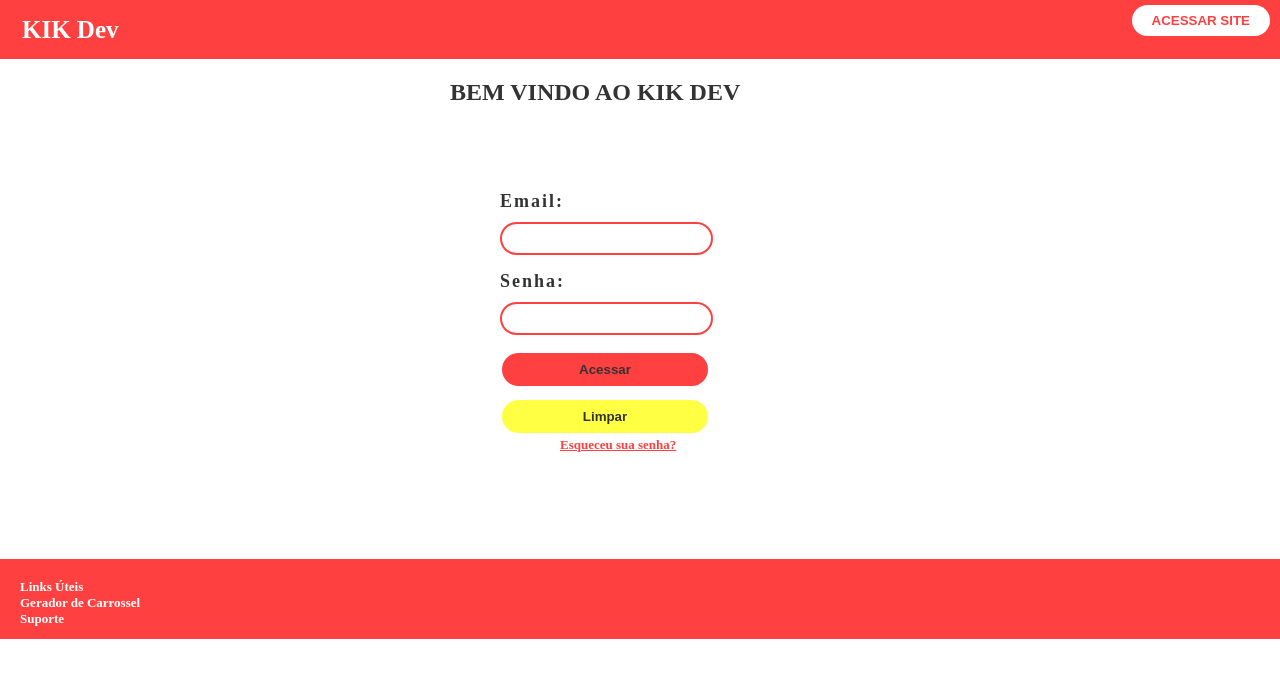
Repository: devgabrielvieira/kikdev
Page: index.html
These files come from the project's save history. The page is drawn as it stood at one moment and after the next save; the edit follows.
The browser window is 1280 px wide. The pictures show the whole page.

Above is the page before, as saved 2022-10-30 20:03:45.

### index.html
<!DOCTYPE html>
<html lang="pt-br">

<head>
    <meta charset="UTF-8">
    <meta http-equiv="X-UA-Compatible" content="IE=edge">
    <meta name="viewport" content="width=device-width, initial-scale=1.0">
    <link rel="shortcut icon" href="imagens/favicon.ico" type="image/x-icon">
    <link rel="stylesheet" href="style.css">
    <link rel="stylesheet" href="style-mobile.css">
    <script src="script_processo.js"></script>
    <title>KIK Dev</title>

</head>

<body id="pag_processos" onload="dimensaoTela()">

    <div class="header-index">
        <a href="#Default" class="logo">KIK Dev</a>

        <button type="submit" name="name" class="button-right"><strong>ACESSAR SITE</strong></a></button>

    </div>
    <div class="conteudo">
        <!--abrimos a div conteúdo-->

        <h2>BEM VINDO AO KIK DEV</h2>

        <div class="login">
            <label for="username">Email:</label>
            <input type="text" id="username" name="username">
            <label for="pass">Senha:</label>
            <input type="password" id="pass" name="password" minlength="8" required>
            <input class="btn-acessar" type="submit" value="Acessar">
            <input class="btn-limpar" type="reset" value="Limpar">
        </div>
        <a href="recuperar-senha.html" target="_self" rel="next" class="href">Esqueceu sua senha?</a>
    </div>
    <!--aqui fechamos a div conteudo-->

    <footer class="footer">
        <strong>
            <p>Links Úteis</p>
        </strong>
        <strong>
            <p>Gerador de Carrossel</p>
        </strong>
        <strong>
            <p>Suporte</p>
        </strong>
    </footer>

</body>

</html>

### style.css
@charset "UTF-8";

* {
  margin: 0;
  padding: 0;
}

html {
  margin: 0;
  padding: 0;
}

.header {
  overflow: hidden;
  background-color: #ff4040;
  padding: 20px 10px;
}

.header a {
  float: left;
  color: #fff;
  text-align: center;
  padding: 12px;
  text-decoration: none;
  font-size: 18px;
  line-height: 25px;
  border-radius: 4px;
}

.header a.logo {
  font-size: 25px;
  font-weight: bold;
}

.header a:hover {
  background-color: #ddd;
  color: #333333;
}

.header a.active {
  background-color: #d8d7d7;
  color: #fff;
}

.header-right {
  float: right;
}

.button-right {
  float: right;
  padding: 8px 20px;
  border: #d8d7d7;
  border-radius: 50px;
  color: #ff4040;
  background-color: #fff;
}

.header-index {
  overflow: hidden;
  background-color: #ff4040;
  padding: 5px 10px;
}

.header-index a {
  float: left;
  color: #fff;
  text-align: center;
  padding: 12px;
  text-decoration: none;
  font-size: 18px;
  line-height: 25px;
  border-radius: 4px;
}

.header-index a.logo {
  font-size: 25px;
  font-weight: bold;
}

.header-index a:hover {
  background-color: #ddd;
  color: #333333;
}

.header-index a.active {
  background-color: #d8d7d7;
  color: #fff;
}

.conteudo {
  width: 100%;
  height: 450px;
  overflow: hidden;
  background-color: #fff;
}

/* .conteudo img {
    width: 100%;
    background-color: #fff;
    margin: 2px 0 0 0;
    padding: 0;
    position: relative;
    height: 15.5rem;
} */

.footer {
  width: auto;
  background-color: #ff4040;
  padding: 20px 10px;
  position: relative;
  height: 2.5rem;
  bottom: -50px;
}

p {
  font-size: 13px;
  margin: 0 0 0 10px;
  float: none;
  overflow: hidden;
  color: #fff;
}

label {
  margin: 10px 50px 0 500px;
  display: block;
  letter-spacing: 2px;
  font-size: 18px;
  color: #333333;
  margin-bottom: 3px;
  font-weight: bold;
}

input[type="submit"],
label {
  margin: 10px 50px 0 500px;
  margin-top: 1rem;
  color: #333333;
}

input {
  margin: 10px 50px 0 500px;
  caret-color: #222;
  color: #333333;
  border: 2px solid #ff4040;
  border-radius: 36px;
  padding: 7px 15px;
  text-align: center;
  font-weight: bold;
}

input:hover {
  border: 2px solid #a0a0a0;
}

.login {
  margin: 80px 0 0 0;
  width: -100%;
}

.btn-acessar {
  margin: 10px 50px 0 500px;
  background: #ff4040;
  border: 2px solid #fff;
  padding: 9px 15px;
  width: 210px;
  max-width: 100%;
}

.btn-limpar {
  margin: 10px 50px 0 500px;
  background: #ff4;
  border: 2px solid #fff;
  padding: 9px 15px;
  width: 210px;
  max-width: 100%;
}

.href {
    margin: 10px 50px 10px 550px;
    padding: 10px 10px 10px 10px;
    font-size: 13px;
    font-weight: bold;
    color: #ff4040;
    text-align: center;
  }

h2 {
  width: 100%;
  display: inline-flex;
  margin: 20px 50px 5px 450px;
  color: #333333;
}

### style-mobile.css
@charset "UTF-8";

@media screen and (max-width: 1200px) {
  * {
    margin: 0;
    padding: 0;
  }

  html {
    margin: 0;
    padding: 0;
  }

  .header-index {
    overflow: hidden;
    background-color: #ff4040;
    padding: 10px 15px;
    height: 5.5rem;
    width: 100%;
  }

  .header a {
    float: none;
    display: block;
    text-align: left;
  }

  .header-index a {
    float: none;
    display: block;
    text-align: left;
  }

  .header-right {
    float: none;
  }

  .button-right {
    float: none;
  }

  .footer {
    float: none;
    bottom: -280px;
    overflow: hidden;
    padding: 10px 15px;
    height: 5.5rem;
    width: 100%;

  }

  /* .conteudo img {
        float: none;
        display: block;
        position: absolute;
        width: 100%;
        background-color: #fff;
        margin: 2px 0 0 0;
        height: 10rem;
    } */

  .login {
    width: 50%;
    display: inline-block;
  }

  label {
    margin-left: 50%;
    margin-bottom: 3px;
    display: block;
    letter-spacing: 2px;
    font-size: 18px;
    color: #333333;
    font-weight: bold;
  }

  input[type="submit"],
  label {
    margin-left: 50%;
    margin-top: 1rem;
    color: #333333;
  }

  input {
    margin-left: 50%;
    caret-color: #222;
    color: #333333;
    border: 2px solid #ff4040;
    border-radius: 36px;
    padding: 7px 15px;
    text-align: center;
    font-weight: bold;
  }

  input:hover {
    border: 2px solid #a0a0a0;
  }

  .href {
    margin-left: 30%;
    font-size: 13px;
    font-weight: bold;
    color: #ff4040;
    text-align: center;
    width: 100%;
    padding: 2rem;
  }

  .btn-acessar {
    margin-left: 50%;
    margin-right: 50%;
    background: #ff4040;
    border: 2px solid #fff;
    padding: 9px 15px;
    width: 210px;
    max-width: 100%;
  }

  .btn-limpar {
    margin-left: 50%;
    margin-right: 50%;
    background: #ff4;
    border: 2px solid #fff;
    padding: 9px 15px;
    width: 210px;
    max-width: 100%;
  }

  h2 {
    width: 100%;
    display: inline-block;
    margin-bottom: 0.5rem;
    margin-left: 15%;
    color: #333333;
  }
}

### script_processo.js
function dimensaoTela(){
    var heightTela = window.innerHeight;
    var widthTela = window.innerWidth;

    document.getElementById('pag_processos').style.minHeight = heightTela+'px';
}

After the next save:
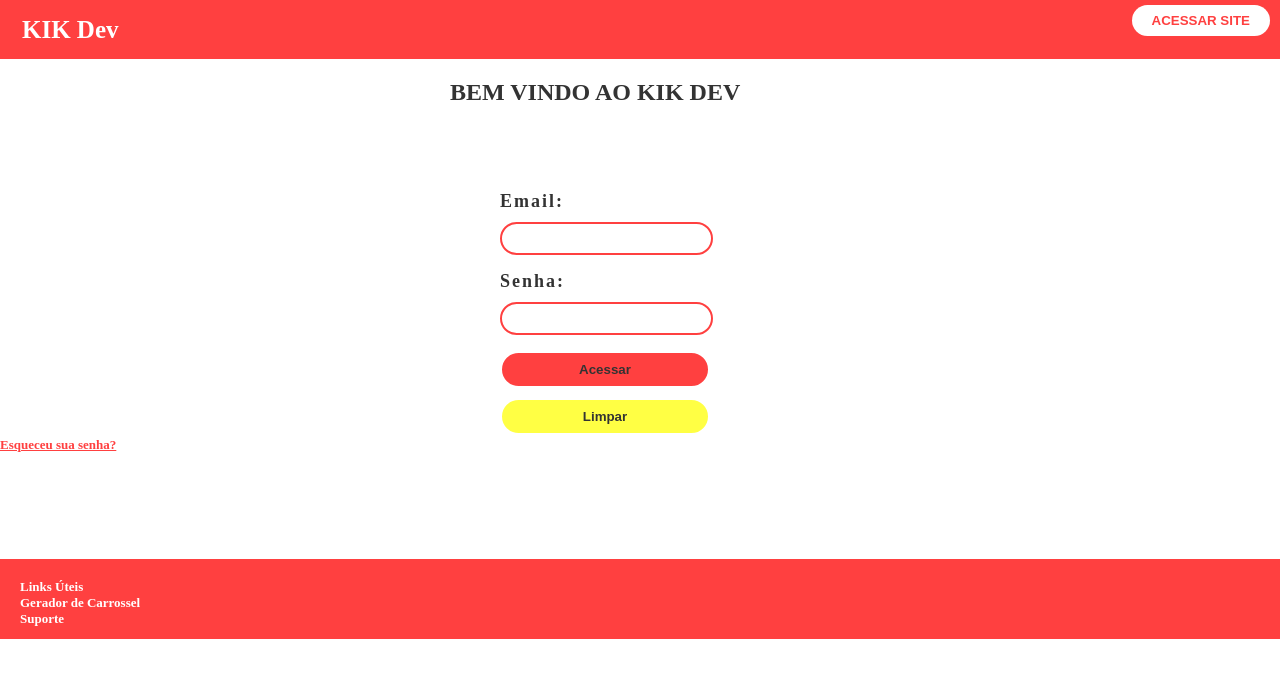
Saved 22 s later.
--- a/style.css
+++ b/style.css
@@ -176,8 +176,8 @@ input:hover {
 }
 
 .href {
-    margin: 10px 50px 10px 550px;
-    padding: 10px 10px 10px 10px;
+    /* margin: 10px 50px 10px 550px;
+    padding: 10px 10px 10px 10px; */
     font-size: 13px;
     font-weight: bold;
     color: #ff4040;
